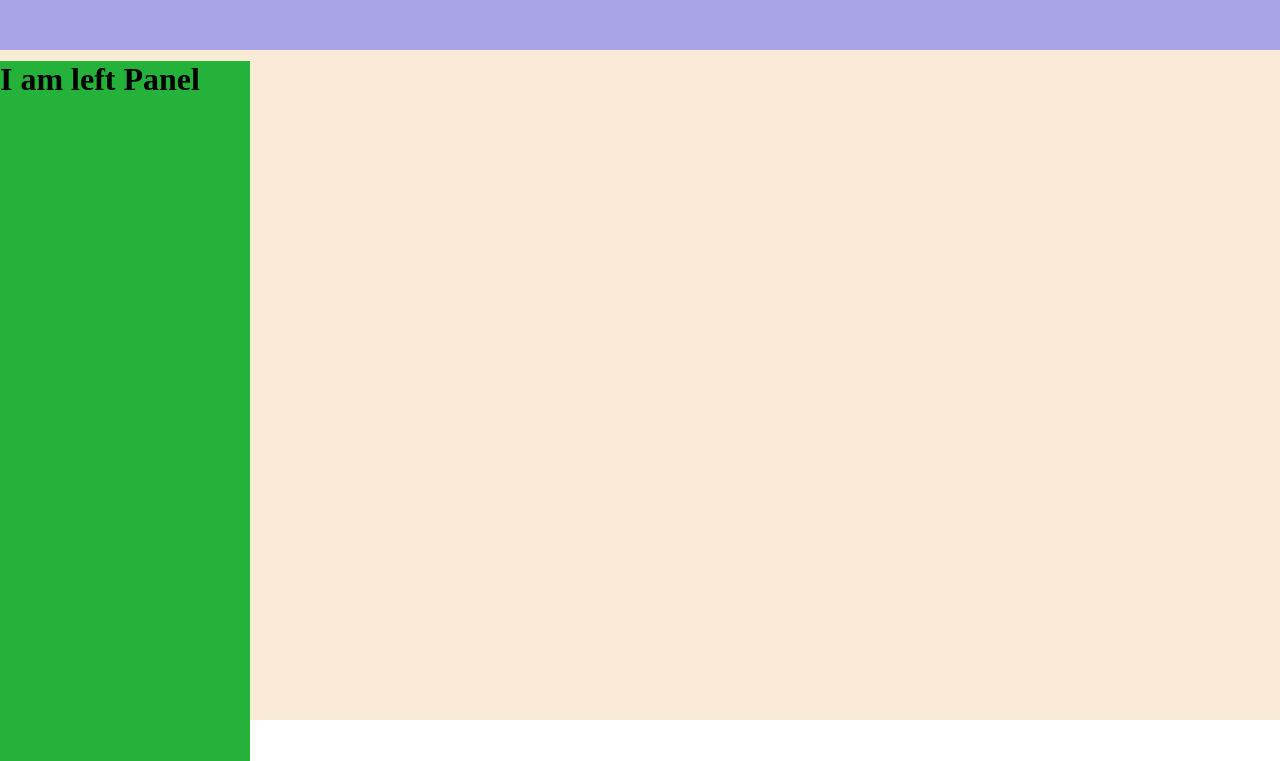
Repository: purnimapatel/fish-world
Page: index.html
These files come from the project's save history. The page is drawn as it stood at one moment and after the next save; the edit follows.
The browser window is 1280 px wide. The pictures show the whole page.

Above is the page before, as saved 2024-08-25 10:57:41.

After the next save:
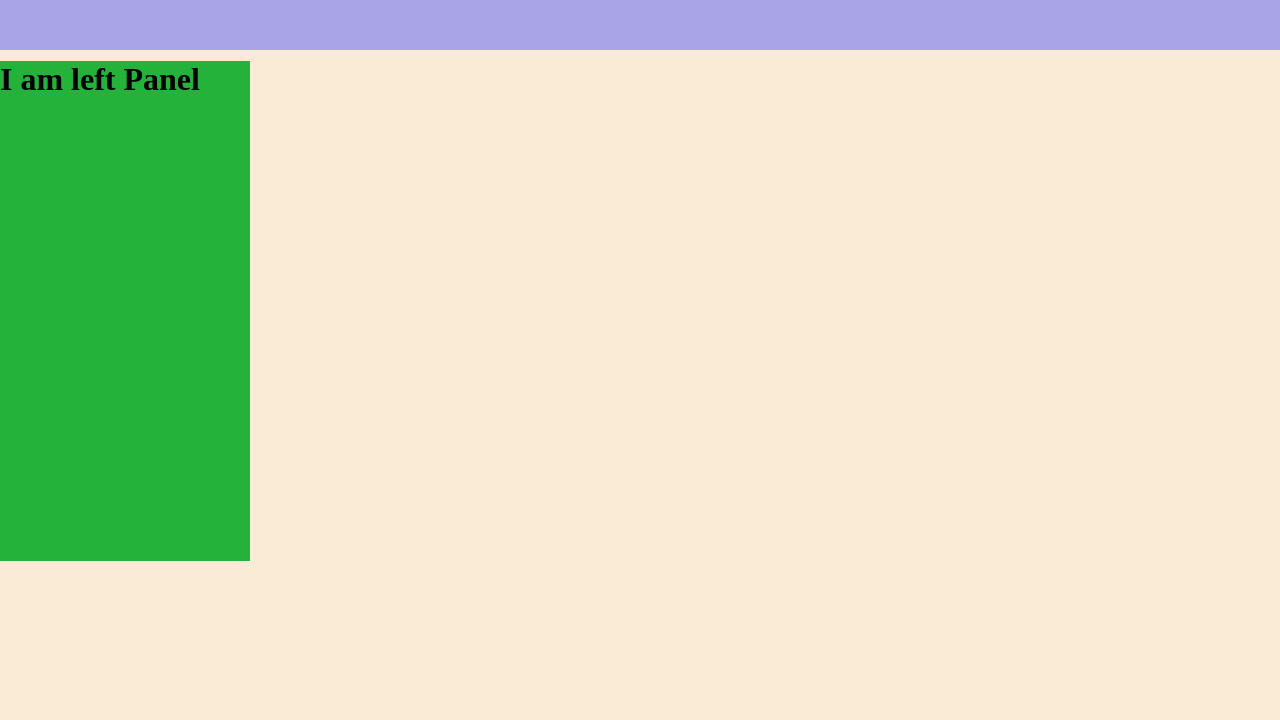
Saved 11 s later.
--- a/style.css
+++ b/style.css
@@ -22,6 +22,6 @@ body{
 .leftPanel{
     margin-top: -10px;
     width:250px;
-    height:700px;
+    height:500px;
     background-color:rgb(37, 178, 58);
 }
